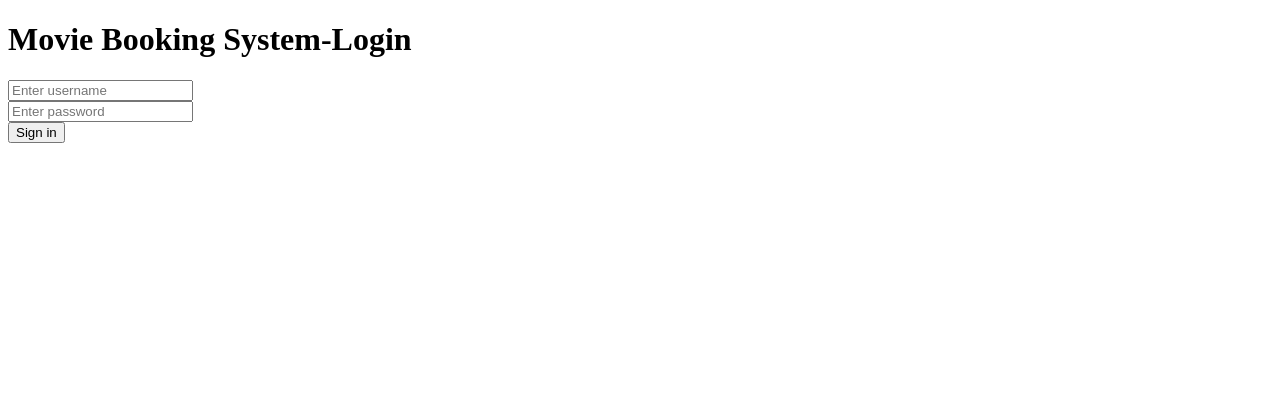
Repository: shesha1096/Java-Programs
Page: http://localhost/MovieTicketBooking/ms
These files come from the project's save history. The page is drawn as it stood at one moment and after the next save; the edit follows.
The browser window is 1280 px wide. The pictures show the whole page.
The page is served by Tomcat 9.

Above is the page before, as saved 2018-07-21 06:50:44.

After the next save:
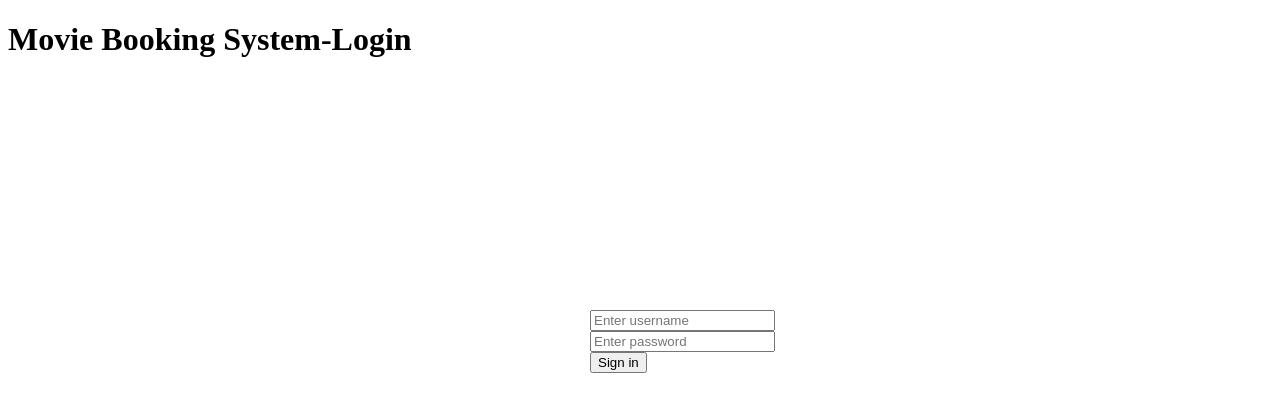
Saved 38 s later.
--- a/MovieTicketBooking/WebContent/login.jsp
+++ b/MovieTicketBooking/WebContent/login.jsp
@@ -4,7 +4,21 @@
 <html>
 <head>
 <meta http-equiv="Content-Type" content="text/html; charset=ISO-8859-1">
-<title>Insert title here</title>
+<title>Login</title>
+<style>
+#loginform
+{
+position: absolute;
+  margin: auto;
+  top: 0;
+  right: 0;
+  bottom: 0;
+  left: 0;
+  width: 100px;
+  height: 100px;
+  border-radius: 3px;
+}
+</style>
 </head>
 <body>
 <h1 style="align:center"> Movie Booking System-Login</h1>
